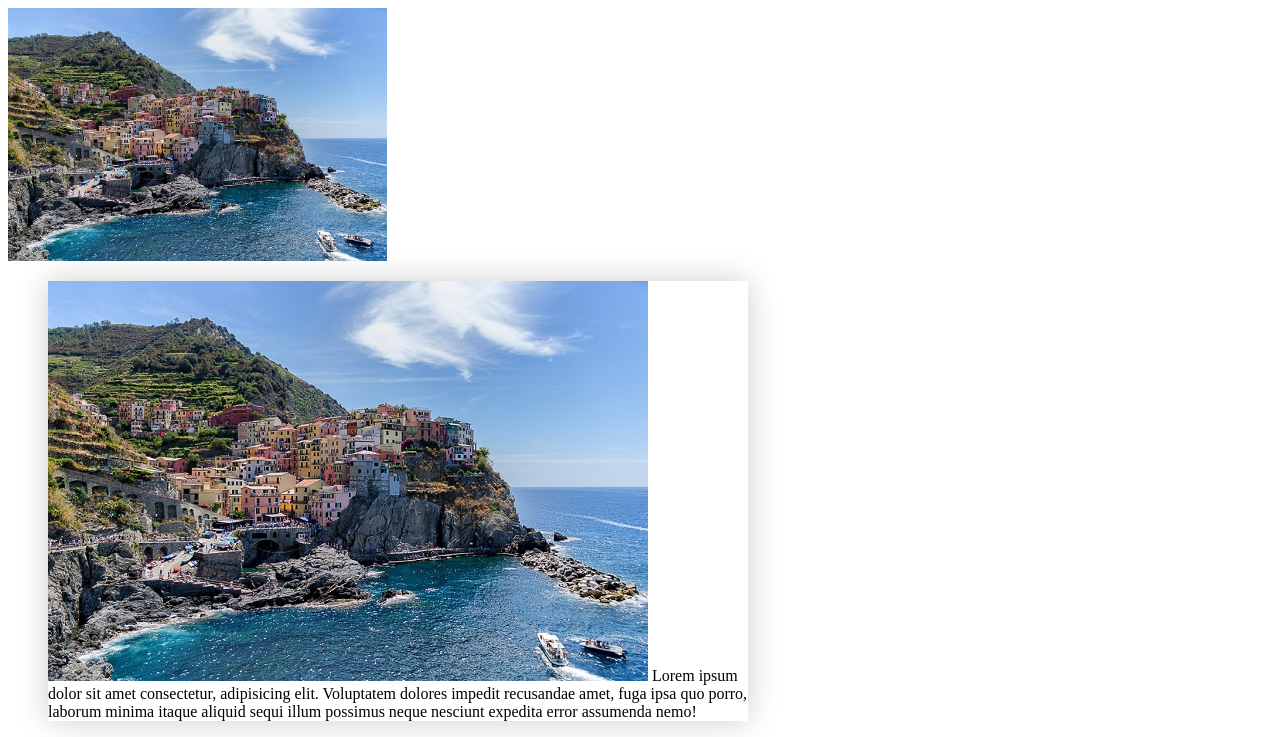
Repository: EmanuelUrbano/introducao_a_tecnologias
Page: 05_05_2022/dropdown_image/index.html
An editor plug-in stored every save of this project. The page is shown before and after the next save, followed by the edit.
The browser window is 1280 px wide. The pictures show the whole page.

Above is the page before, as saved 2022-05-10 08:02:01.

After the next save:
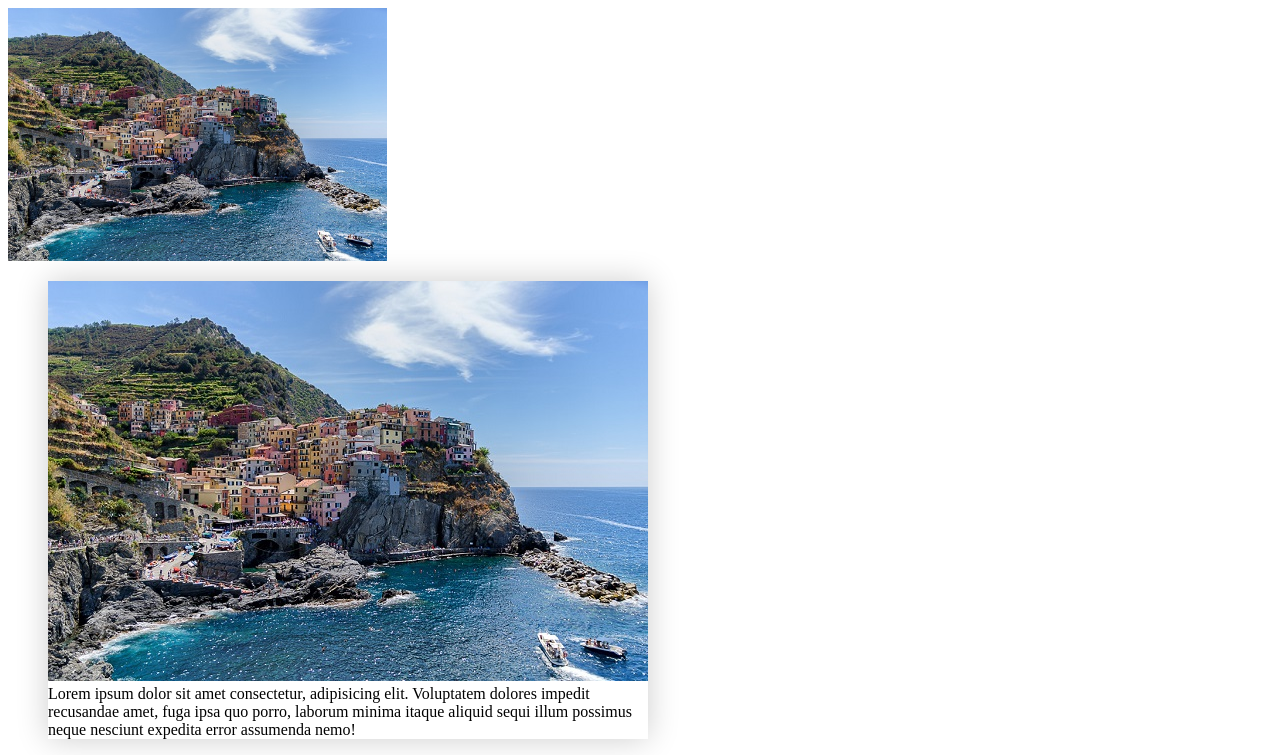
Saved 8 s later.
--- a/05_05_2022/dropdown_image/style.css
+++ b/05_05_2022/dropdown_image/style.css
@@ -6,5 +6,5 @@ img.imagem_pequena{
 
 figure{
     box-shadow: 0 0 30px 0 rgba(0, 0, 0, 0.2);
-    width: 700px;
+    width: 600px;
 }
